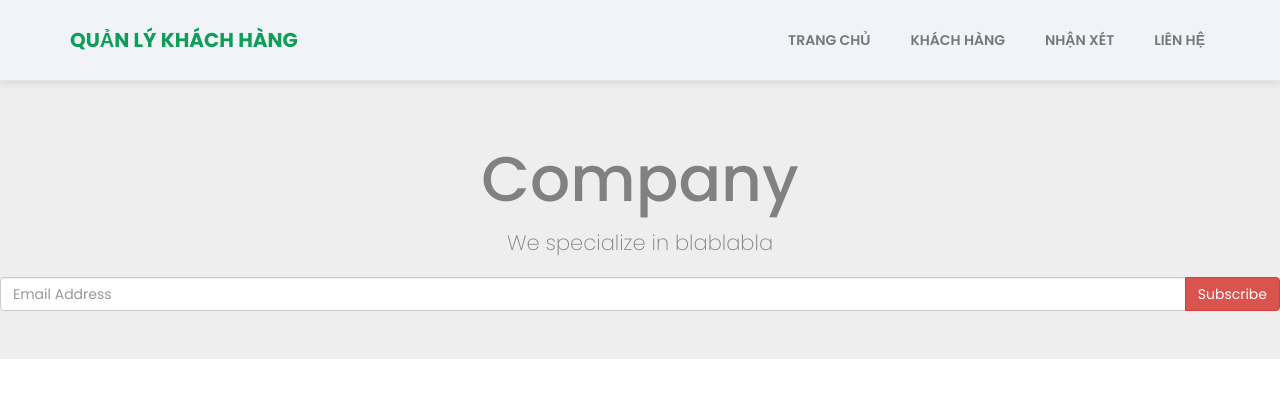
Repository: huutien1904/bt2-ltw
Page: index.html
An editor plug-in stored every save of this project. The page is shown before and after the next save, followed by the edit.
The browser window is 1280 px wide. The pictures show the whole page.

Above is the page before, as saved 2021-11-03 22:07:38.

After the next save:
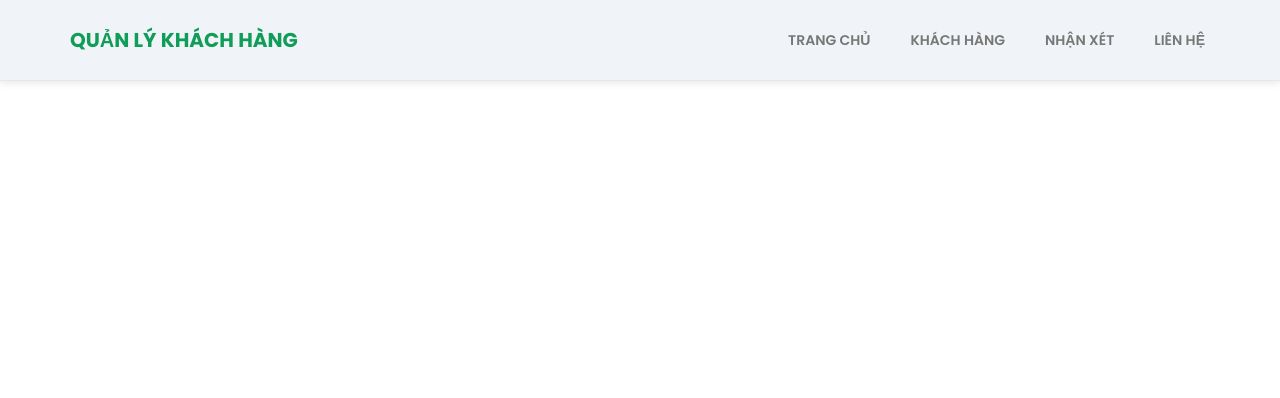
Saved 8 s later.
--- a/index.html
+++ b/index.html
@@ -48,7 +48,7 @@
         background-image: url(img/Managing-Customers-Through-Needs-Management@2x.png);
       "
     >
-    <div class="jumbotron text-center mt-10">
+    <!-- <div class="jumbotron text-center mt-10">
       <h1>Company</h1>
       <p>We specialize in blablabla</p>
       <form>
@@ -59,7 +59,7 @@
           </div>
         </div>
       </form>
-    </div>
+    </div> -->
   </section>
   <!-- end trang chủ -->
 
